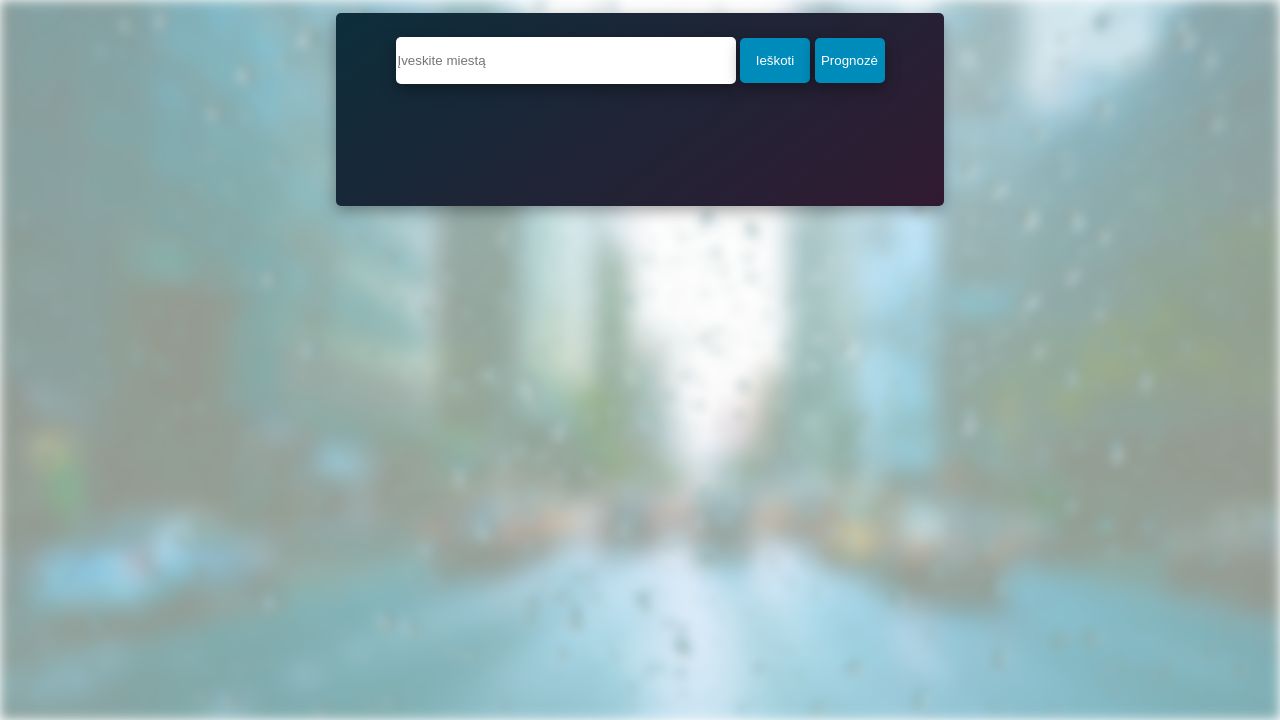
Repository: daxazz1/Weather-app
Page: index.html
An editor plug-in stored every save of this project. The page is shown before and after the next save, followed by the edit.
The browser window is 1280 px wide. The pictures show the whole page.

Above is the page before, as saved 2021-11-08 16:03:56.

After the next save:
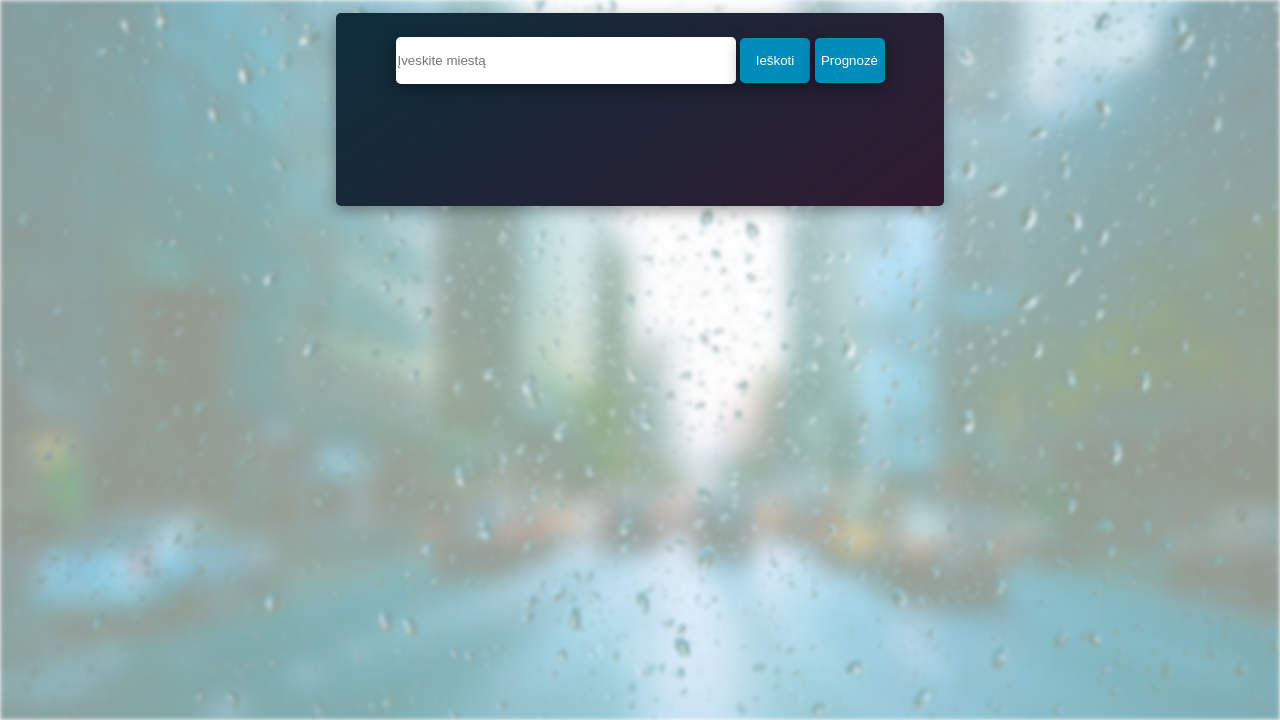
Saved 6 s later.
--- a/style.css
+++ b/style.css
@@ -88,7 +88,7 @@ body::after {
   position: absolute;
   z-index: -1;
   background-size: cover;
-  filter: blur(6px);
+  filter: blur(2px);
 }
 tr:hover {
   background-color: #311a31;
